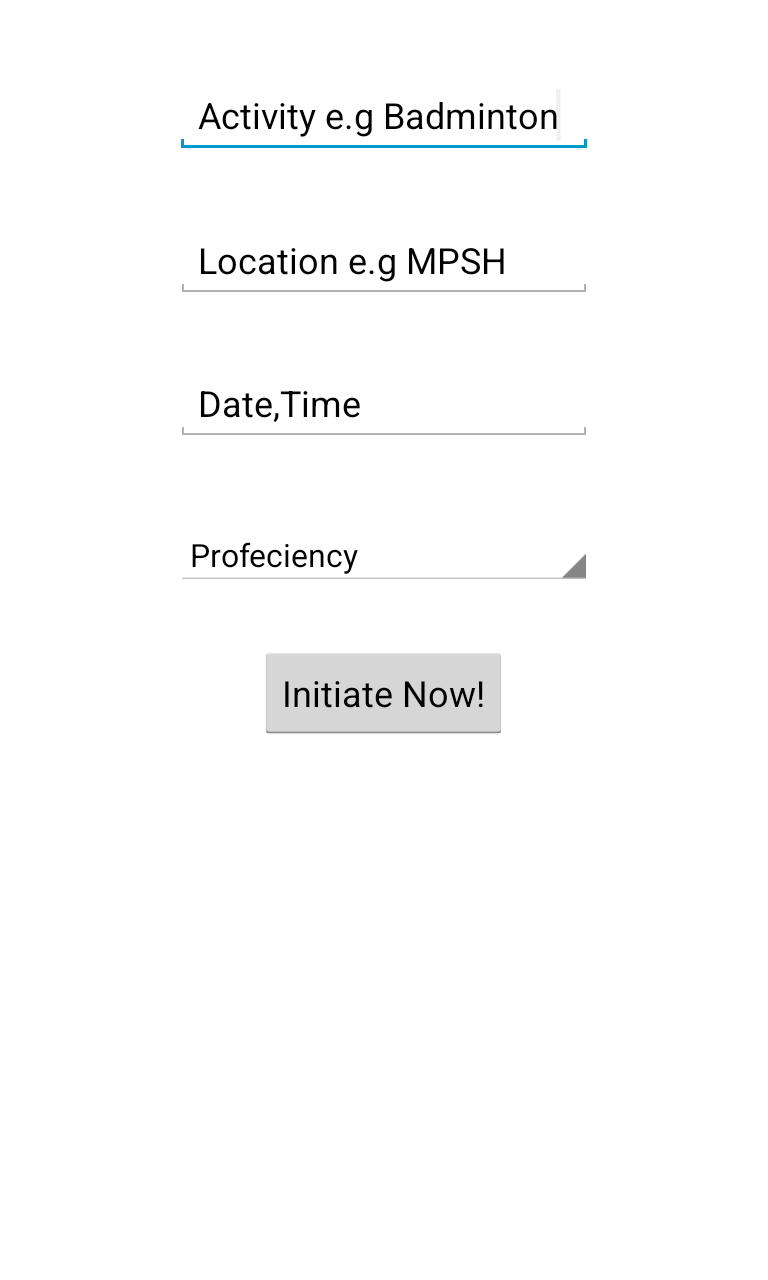
Repository: srikraj8341/srikanthrepo
Layout: android/MyFirstApp/res/layout/activity_initiate.xml
An editor plug-in stored every save of this project. The layout is shown before and after the next save, followed by the edit.
It is drawn on a 768 x 1280 px phone screen (xhdpi) without system bars, with theme AppTheme; the app's code is not run.

Above is the layout before, as saved 2012-09-23 02:28:13.

### android/MyFirstApp/res/layout/activity_initiate.xml
<RelativeLayout xmlns:android="http://schemas.android.com/apk/res/android"
    xmlns:tools="http://schemas.android.com/tools"
    android:layout_width="match_parent"
    android:layout_height="match_parent" >

     <EditText
        android:id="@+id/editText1"
        android:layout_width="wrap_content"
        android:layout_height="wrap_content"
        android:layout_alignParentTop="true"
        android:layout_centerHorizontal="true"
        android:layout_marginTop="38dp"
        android:ems="10"
        android:inputType="textPersonName"
        android:text="@string/Activity" >

        <requestFocus />
    </EditText>

    <EditText
        android:id="@+id/editText2"
        android:layout_width="wrap_content"
        android:layout_height="wrap_content"
        android:layout_alignLeft="@+id/editText1"
        android:layout_below="@+id/editText1"
        android:layout_marginTop="33dp"
        android:ems="10"
        android:inputType="textPersonName"
        android:text="@string/Location" />

    <EditText
        android:id="@+id/editText3"
        android:layout_width="wrap_content"
        android:layout_height="wrap_content"
        android:layout_alignLeft="@+id/editText2"
        android:layout_below="@+id/editText2"
        android:layout_marginTop="32dp"
        android:ems="10"
        android:inputType="textPersonName"
        android:text="@string/Date" />

    <Spinner
        android:id="@+id/spinner1"
        android:layout_width="wrap_content"
        android:layout_height="wrap_content"
        android:layout_alignLeft="@+id/editText3"
        android:layout_alignRight="@+id/editText3"
        android:layout_below="@+id/editText3"
        android:layout_marginTop="40dp"
        android:entries="@array/Profeciency_array"
        android:prompt="@string/Profecieny_prompt" />

    <Button
        android:id="@+id/button1"
        android:layout_width="wrap_content"
        android:layout_height="wrap_content"
        android:layout_below="@+id/spinner1"
        android:layout_centerHorizontal="true"
        android:layout_marginTop="29dp"
        android:text="@string/InititateNow" />

</RelativeLayout>

### android/MyFirstApp/res/values/strings.xml
<resources>

    <string name="app_name">Play Finder</string>
    <string name="hello_world">Hello world!</string>
    <string name="menu_settings">Settings</string>
    <string name="title_activity_main">Play Finder</string>
    <string name="edit_message">Enter a message</string>
    <string name="button_send">send</string>
    <string name="title_activity_display_message">My Message</string>
    <string name="Email">Email</string>
    <string name="textEmailAddress">user@domain</string>
    <string name="Password">Password</string>
    <string name="Register">Register</string>
    <string name="Submit">Submit</string>
    <string name="Passwordsymbol">........</string>
    <string name="Name">Name</string>
    <string name="Age">Age : dd/mm/yyyy</string>
    <string name="Phone">(555) 1000</string>
    <string name="Male">Male</string>
    <string name="Female">Female</string>
    <string name="Save">Save</string>
    <string name="title_activity_login">Play Finder</string>
    <string name="title_activity_profile">Play Finder</string>
    <string name="title_activity_initiate">Play Finder</string>
    <string name="title_activity_games">Play Finder</string>
    <string name="Activity">Activity e.g Badminton</string>
    <string name="Location">Location e.g MPSH</string>
    <string name="Date">Date,Time</string>
    <string name="Profecieny_prompt">Profeciency</string>
    <string name="InititateNow">Initiate Now!</string>
    <string name="Badminton1">Badminton @ Clementi on 24 Sep 8PM</string>
    <string name="Badminton2">Badminton @ Bishan on 24 Sep 9PM</string>
    <string name="Badminton3">Badminton @ NUS on 24 Sep 7PM</string>
    <string name="Badminton4">Badminton @ NTU on 24 Sep 6PM</string>


    <string-array name = "Profeciency_array">
         <item>Profeciency</item>
         <item>Beginner</item>
         <item>Intermediate</item>
         <item>Professional</item>
    </string-array>


</resources>

Loaded but not shown: android/MyFirstApp/res/values-v11/styles.xml (common file); android/MyFirstApp/res/values-v14/styles.xml (common file); android/MyFirstApp/res/values/styles.xml (common file)

After the next save:
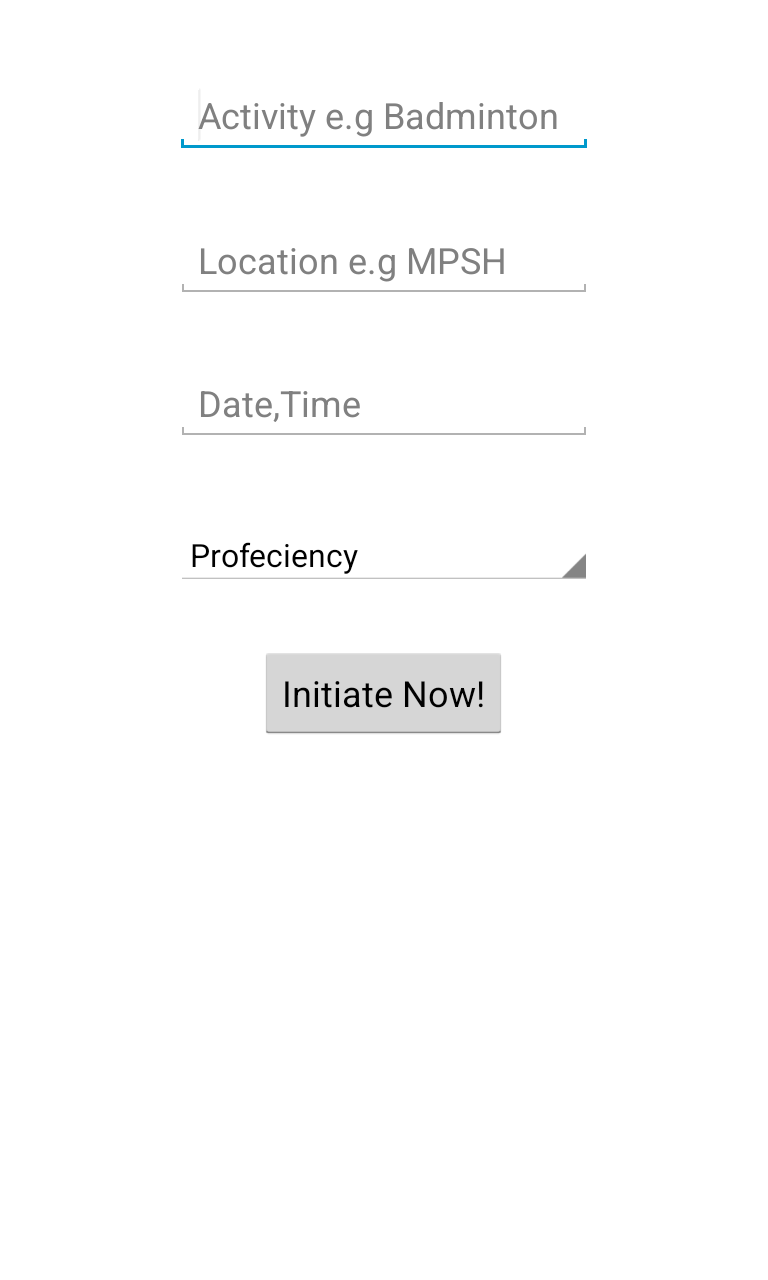
Saved 2 min 24 s later.
--- a/android/MyFirstApp/res/layout/activity_initiate.xml
+++ b/android/MyFirstApp/res/layout/activity_initiate.xml
@@ -4,15 +4,15 @@
     android:layout_height="match_parent" >
 
      <EditText
-        android:id="@+id/editText1"
-        android:layout_width="wrap_content"
-        android:layout_height="wrap_content"
-        android:layout_alignParentTop="true"
-        android:layout_centerHorizontal="true"
-        android:layout_marginTop="38dp"
-        android:ems="10"
-        android:inputType="textPersonName"
-        android:text="@string/Activity" >
+         android:id="@+id/editText1"
+         android:layout_width="wrap_content"
+         android:layout_height="wrap_content"
+         android:layout_alignParentTop="true"
+         android:layout_centerHorizontal="true"
+         android:layout_marginTop="38dp"
+         android:ems="10"
+         android:hint="@string/Activity"
+         android:inputType="textPersonName" >
 
         <requestFocus />
     </EditText>
@@ -25,8 +25,8 @@
         android:layout_below="@+id/editText1"
         android:layout_marginTop="33dp"
         android:ems="10"
-        android:inputType="textPersonName"
-        android:text="@string/Location" />
+        android:hint="@string/Location"
+        android:inputType="textPersonName" />
 
     <EditText
         android:id="@+id/editText3"
@@ -36,8 +36,8 @@
         android:layout_below="@+id/editText2"
         android:layout_marginTop="32dp"
         android:ems="10"
-        android:inputType="textPersonName"
-        android:text="@string/Date" />
+        android:hint="@string/Date"
+        android:inputType="textPersonName" />
 
     <Spinner
         android:id="@+id/spinner1"
